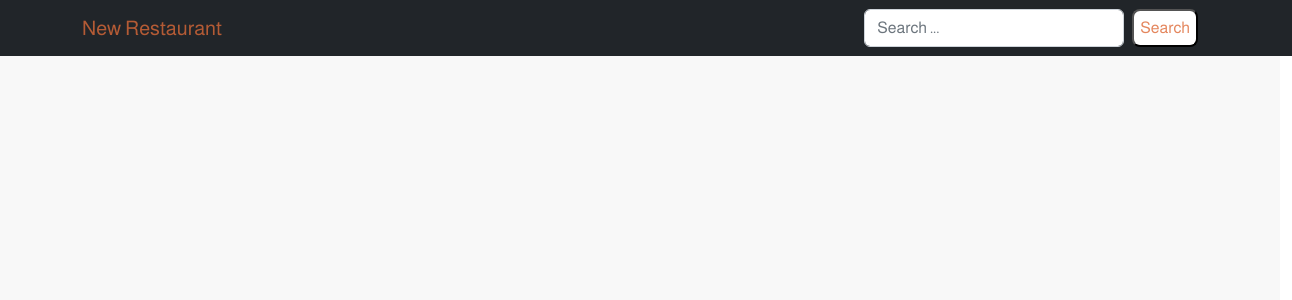
Repository: SD-Mdouka/react-table
Page: /
The author's editor kept a copy of each file at every save. The page is drawn from the files as they stood at one save, then again after the next save.
The browser window is 1280 px wide. The page is 1292 px wide, so the pictures cover 1292 px, including what lies to the right of the window. The pictures show the whole page.
The project was rebuilt for these pictures with package versions that can differ from the ones it lists, and the page was loaded fresh each time.

Above is the page before, as saved 2022-10-06 16:02:36.

After the next save:
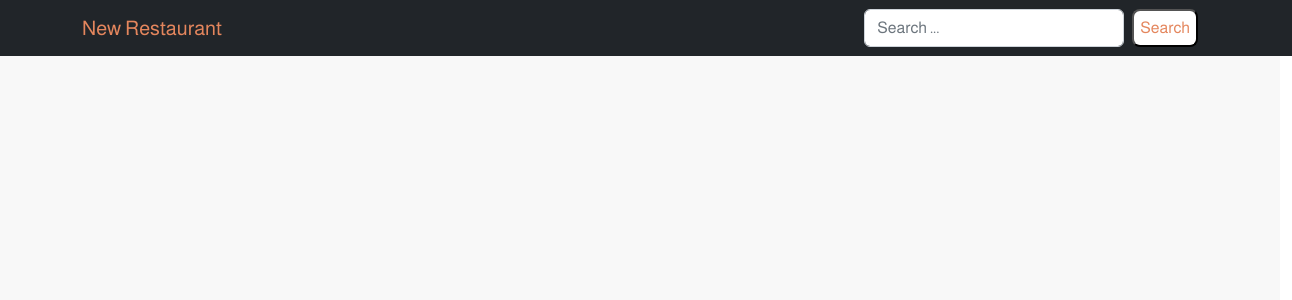
Saved 7 s later.
--- a/src/App.css
+++ b/src/App.css
@@ -102,5 +102,5 @@
 }
 
 .brand-color {
-    color: #b45b35;
+    color: #e4865d;
 }
